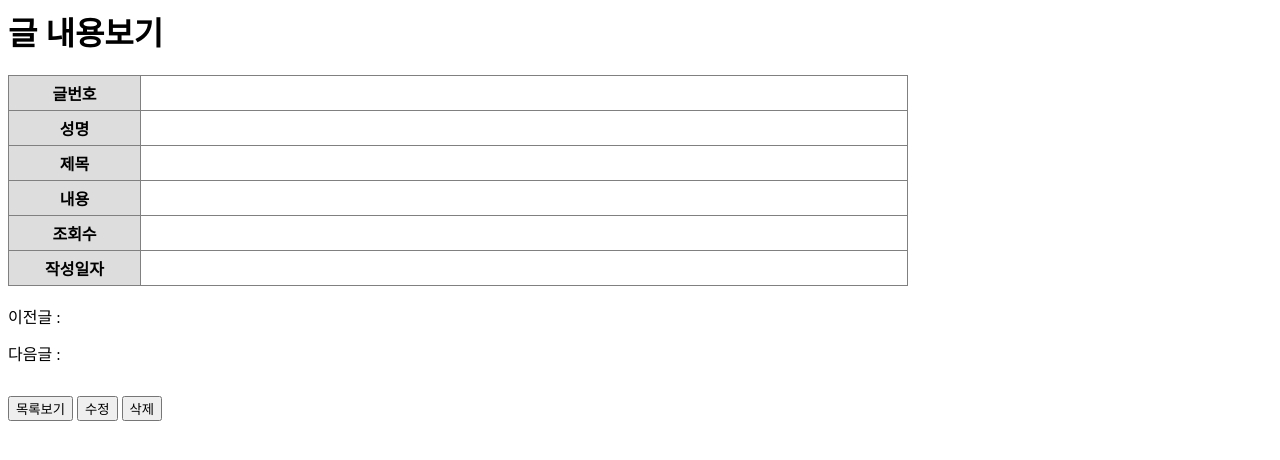
Repository: gold37/Spring
Page: http://localhost/Board/WEB-INF/views/tiles1/board/view.jsp
An editor plug-in stored every save of this project. The page is shown before and after the next save, followed by the edit.
The browser window is 1280 px wide. The pictures show the whole page.
The page is served by Tomcat 9. Nobody is signed in. Other server files are loaded and not shown. The template is opened directly, without the code that normally fills it, so the values that code supplies are empty.

Above is the page before, as saved 2020-07-17 02:39:53.
Console error: ReferenceError: $ is not defined

### springworkspace/Board/src/main/webapp/WEB-INF/views/tiles1/board/view.jsp
<%@ page language="java" contentType="text/html; charset=UTF-8"
    pageEncoding="UTF-8"%>

<%@ taglib prefix="c" uri="http://java.sun.com/jsp/jstl/core" %>

<style>

table, th, td, input, textarea {
	border: solid gray 1px;
}

#table, #table2 {
	border-collapse: collapse;
 	width: 900px;
}

#table th, #table td{padding: 5px;}
#table th{width: 120px; background-color: #DDDDDD;}
#table td{width: 750px;}
.long {width: 470px;}
.short {width: 120px;}

.move {cursor: pointer;}
.moveColor {font-weight: bold;}

a {text-decoration: none !important;}


</style>

<script type="text/javascript">

	$(document).ready(function(){

		$(".move").hover(function(){
						$(this).addClass("moveColor");
					},
					function(){
						$(this).removeClass("moveColor");
					});

	});


</script>


<div style="">
	<h1>글 내용보기</h1>

	<table id="table" style="word-wrap: break-word; table-layout: fixted;">
		<tr>
			<th>글번호</th>
			<td>${boardvo.seq}</td>
		</tr>
		<tr>
			<th>성명</th>
			<td>${boardvo.name}</td>
		</tr>
		<tr>
			<th>제목</th>
			<td>${boardvo.subject}</td>
		</tr>
		<tr>
			<th>내용</th>
			<td>
				<p style="word-break: break-all;">${boardvo.content}</p>
				<%--
					style="word-break: break-all; 은 공백없는 긴영문일 경우 width 크기를 뚫고 나오는 것을 막는 것임.
					그런데 style="word-break: break-all; 나 style="word-wrap: break-word; 은
			       	테이블태그의 <td>태그에는 안되고 <p> 나 <div> 태그안에서 적용되어지므로 <td>태그에서 적용하려면
			    	<table>태그속에 style="word-wrap: break-word; table-layout: fixed;" 을 주면 된다.
				--%>
			</td>
		</tr>
		<tr>
			<th>조회수</th>
			<td>${boardvo.readCount}</td>
		</tr>
		<tr>
			<th>작성일자</th>
			<td>${boardvo.regDate}</td>
		</tr>
	</table>

	<br/>

	<div style="margin-bottom: 1%;">이전글&nbsp;:&nbsp;<span class="move" onclick="javascript:location.href='view.action?seq=${boardvo.previousseq}'">${boardvo.previoussubject}</span></div>
	<div style="margin-bottom: 1%;">다음글&nbsp;:&nbsp;<span class="move" onclick="javascript:location.href='view.action?seq=${boardvo.nextseq}'">${boardvo.nextsubject}</span></div>

	<br/>

	<button type="button" onclick="javascript:location.href='list.action'" >목록보기</button>
	<button type="button" onclick="javascript:location.href='edit.action?seq=${boardvo.seq}'" >수정</button>
	<button type="button" onclick="javascript:location.href='delete.action?seq=${boardvo.seq}'" >삭제</button>

</div>

After the next save:
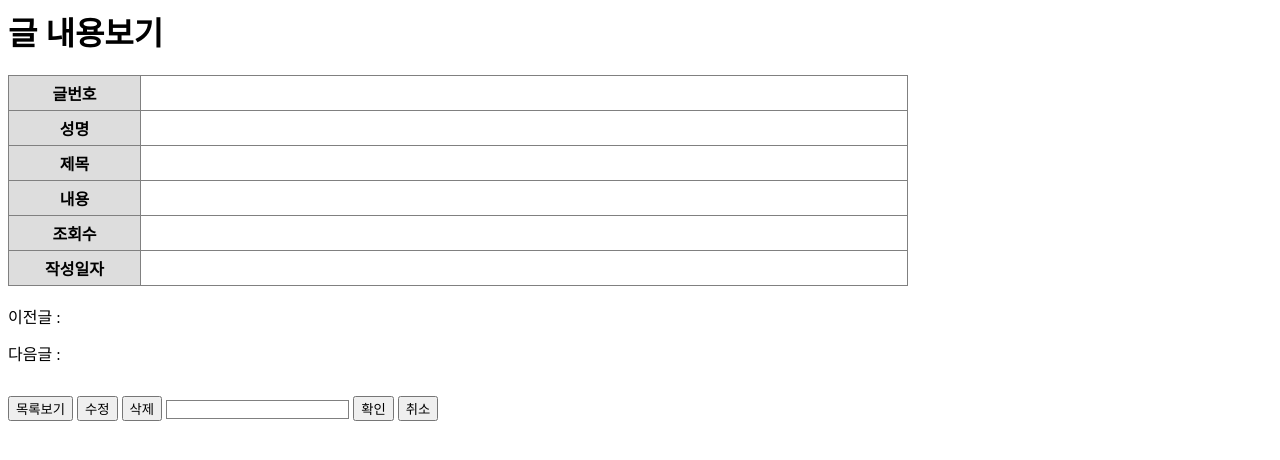
Saved 2 h 50 min later.
--- a/springworkspace/Board/src/main/webapp/WEB-INF/views/tiles1/board/view.jsp
+++ b/springworkspace/Board/src/main/webapp/WEB-INF/views/tiles1/board/view.jsp
@@ -94,4 +94,10 @@ a {text-decoration: none !important;}
 	<button type="button" onclick="javascript:location.href='edit.action?seq=${boardvo.seq}'" >수정</button>
 	<button type="button" onclick="javascript:location.href='delete.action?seq=${boardvo.seq}'" >삭제</button>
 
+
+
+	<input type="text" >
+	<button>확인</button>
+	<button>취소</button>
+
 </div>
